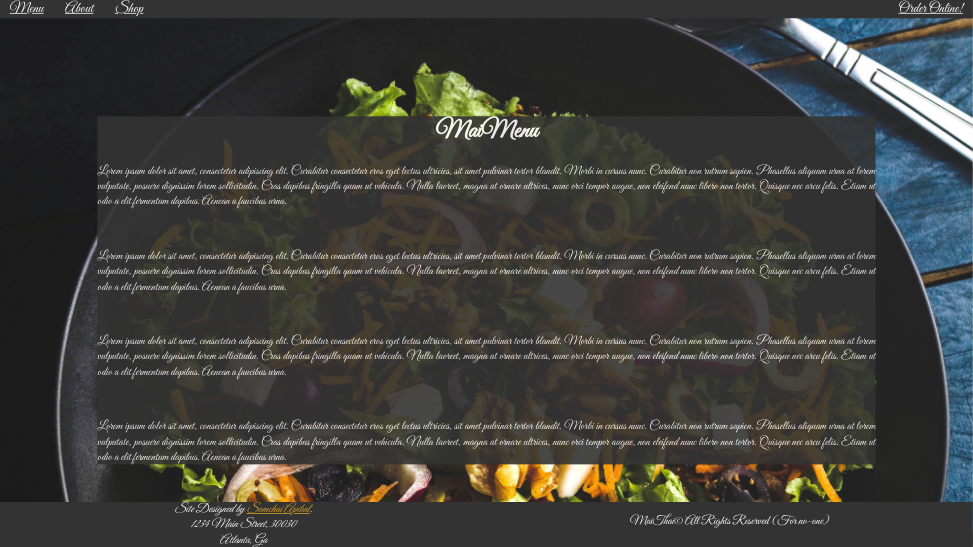
Repository: ElvinSamuel/oneadaywebdev
Page: MaiThai/pages/menu.html
The author's editor kept a record of every edit. The page is drawn from the files as they stood at one moment, then again after the next edit.
The browser window is 1280 px wide. The pictures show the whole page, at 76% of full size.
Backgrounds fixed to the window are drawn as part of the page.

Above is the page before.

After the next edit:
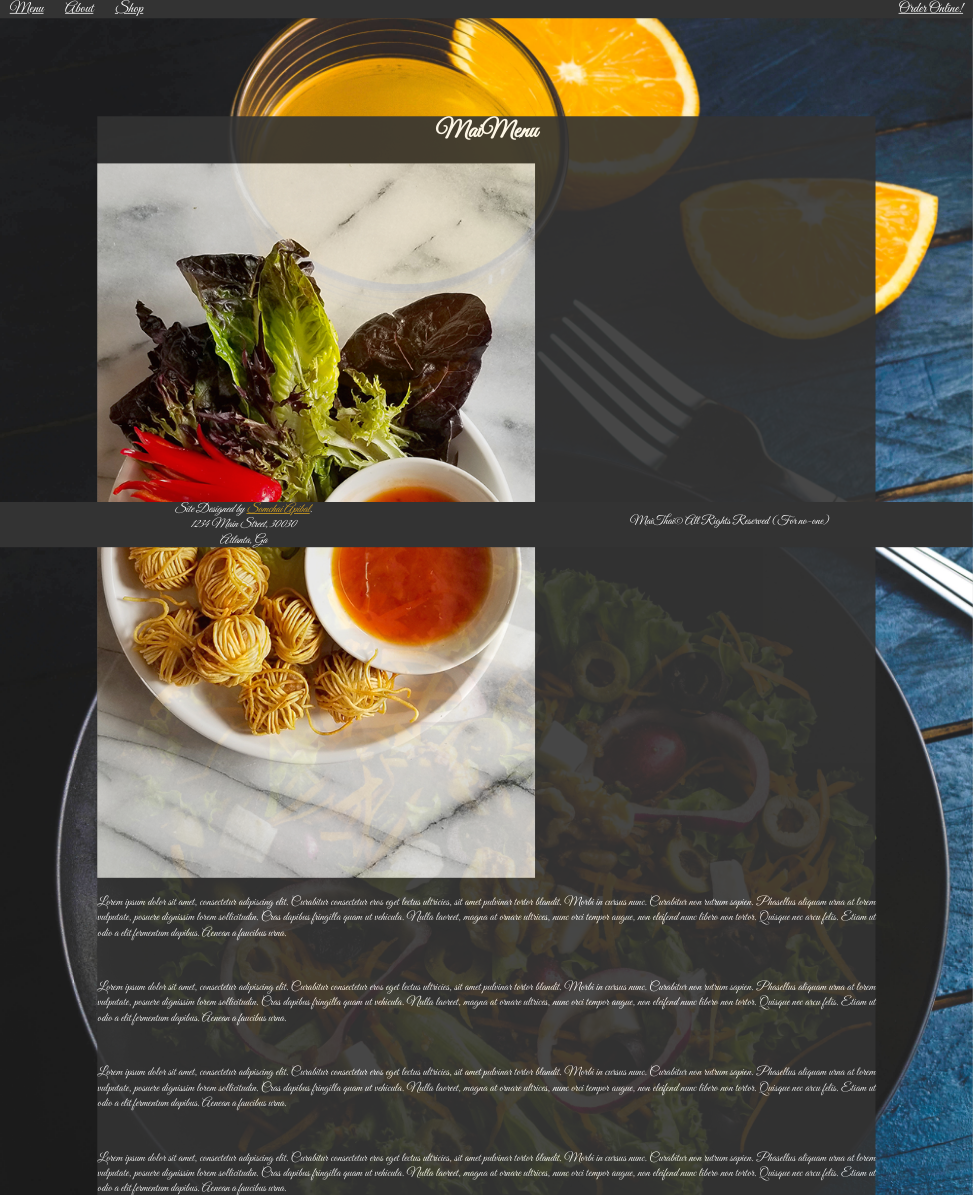
The edit:
--- a/MaiThai/pages/menu.html
+++ b/MaiThai/pages/menu.html
@@ -28,6 +28,10 @@
             </h1>
 
             <div class="menuItem">
+                <div class="menuPic">
+                    <img src="../img/crispy_noodles.jpg"></img>
+                </div>
+
                 <p>
                     Lorem ipsum dolor sit amet, consectetur adipiscing elit. Curabitur consectetur eros eget lectus ultricies, sit amet pulvinar tortor blandit. Morbi in cursus nunc. Curabitur non rutrum sapien. Phasellus aliquam urna at lorem vulputate, posuere dignissim lorem sollicitudin. Cras dapibus fringilla quam ut vehicula. Nulla laoreet, magna at ornare ultrices, nunc orci tempor augue, non eleifend nunc libero non tortor. Quisque nec arcu felis. Etiam ut odio a elit fermentum dapibus. Aenean a faucibus urna.
                 </p>
